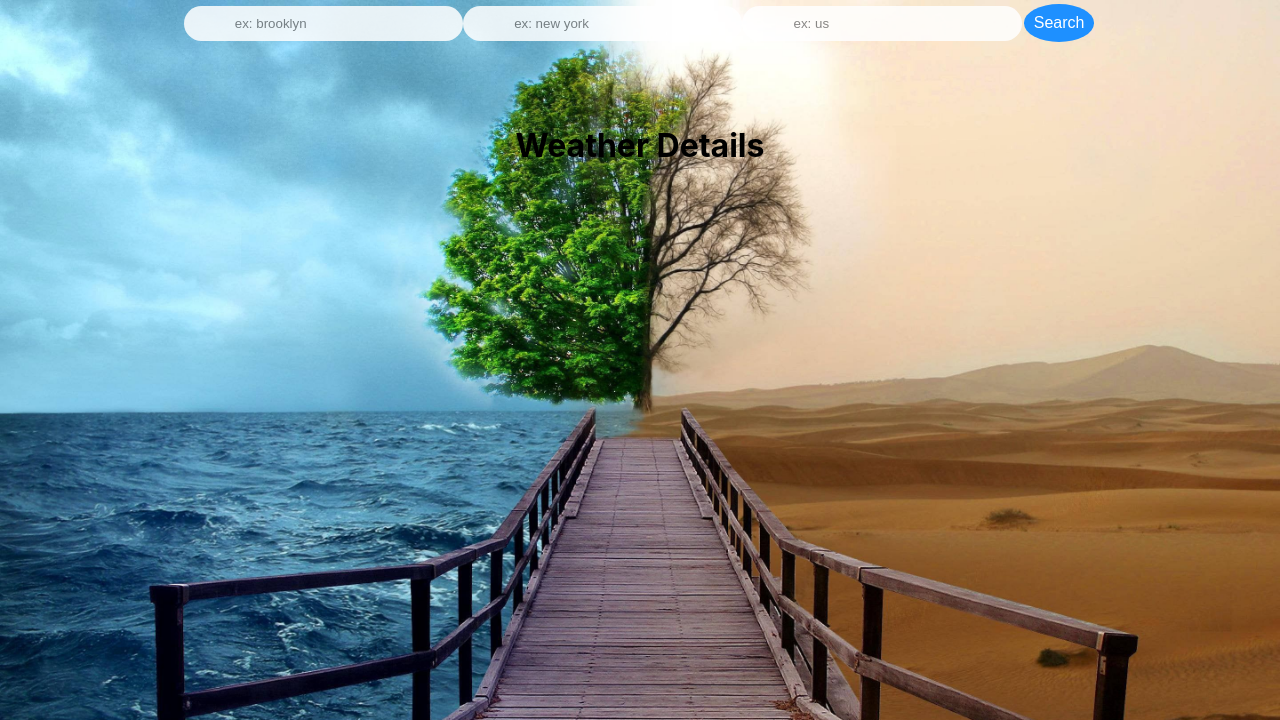
Repository: Mohsin231/Weather_App
Page: /
An editor plug-in stored every save of this project. The page is shown before and after the next save, followed by the edit.
The browser window is 1280 px wide. The pictures show the whole page.
The project was rebuilt for these pictures with package versions that can differ from the ones it lists, and the page was loaded fresh each time.

Above is the page before, as saved 2021-01-25 04:38:17.

After the next save:
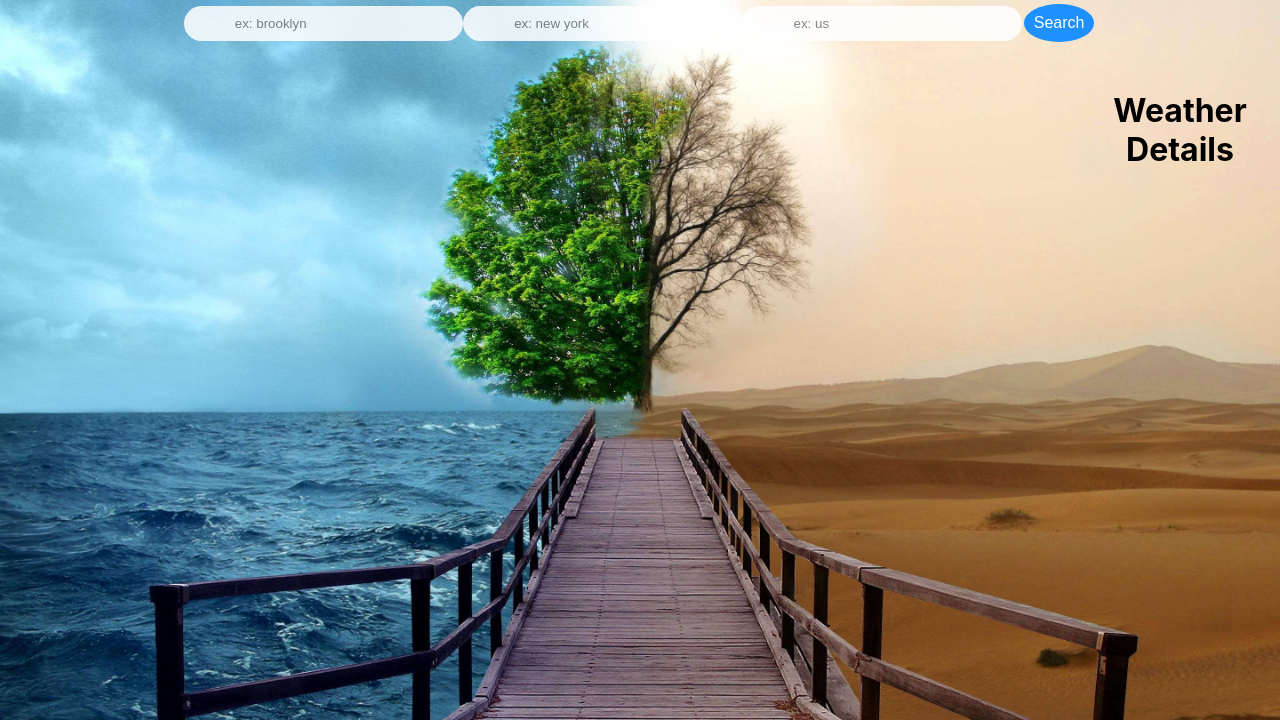
Saved 4 min 5 s later.
--- a/src/Weather.css
+++ b/src/Weather.css
@@ -1,9 +1,14 @@
 .main {
-    height: 100%;
+    /* height: 100%;
     display: flex;
     justify-content: center;
     align-items: center;
-    flex-direction: column;
+    flex-direction: column; */
+    position: absolute;
+  top: 80px;
+  right: 0;
+  width: 200px;
+  height: 100px;
   }
 
 .city {
@@ -24,5 +29,4 @@
     font-size: 16px;
     margin: 4px 2px;
 
-
 }
